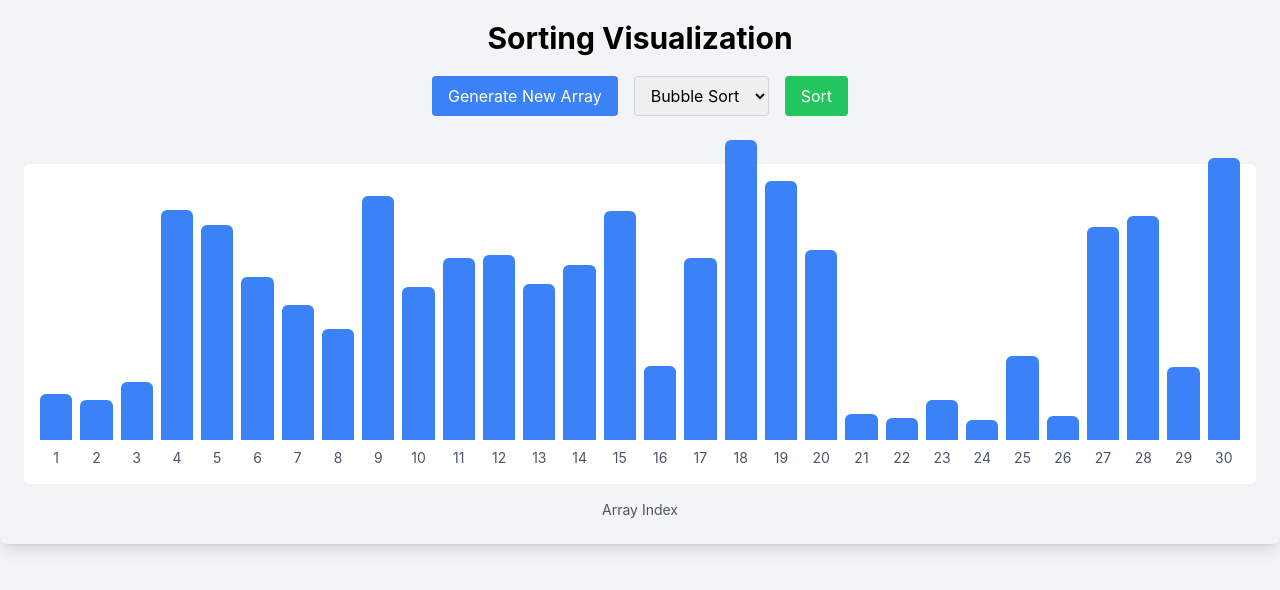
Repository: Tarunkasliwal/sortingvisualizer
Page: /
These files come from the project's save history. The page is drawn as it stood at one moment and after the next save; the edit follows.
The browser window is 1280 px wide. The pictures show the whole page.
The project was rebuilt for these pictures with package versions that can differ from the ones it lists, and the page was loaded fresh each time.

Above is the page before, as saved 2024-12-22 16:29:43.

### src/index.js
import React from 'react';
import ReactDOM from 'react-dom/client';
// Import the Tailwind-enabled CSS file
import './index.css';
import App from './App';

const root = ReactDOM.createRoot(document.getElementById('root'));
root.render(
  <React.StrictMode>
    <App />
  </React.StrictMode>
);

### src/App.js
import React from 'react';
import Visualization from './components/Visualization';

function App() {
  return (
    <div className="text-center min-h-screen bg-gray-100">
      <h1 className="text-3xl font-bold py-5">Sorting Visualization</h1>
      <Visualization />
    </div>
  );
}

export default App;

### src/components/Visualization.js
import React, { useState, useEffect } from 'react';
import Header from './Header';
import ArrayBarContainer from './ArrayBarContainer';

// Import default exports from each algorithm
import bubbleSort from '../algorithms/bubbleSort.js';
import mergeSort from '../algorithms/mergeSort';
import quickSort from '../algorithms/quickSort';
import heapSort from '../algorithms/heapSort';

function Visualization() {
  const [array, setArray] = useState([]);
  const [algorithm, setAlgorithm] = useState('bubble');
  const [isSorting, setIsSorting] = useState(false);

  // Generate an initial array on mount
  useEffect(() => {
    generateNewArray();
  }, []);

  // Generate a new random array
  function generateNewArray() {
    if (isSorting) return; // Guard: do not allow new array during sorting

    const newArr = [];
    for (let i = 0; i < 30; i++) {
      newArr.push(randomIntFromInterval(5, 300));
    }
    setArray(newArr);
  }

  function sort() {
    if (isSorting) return; // Guard: do not sort if already sorting
    setIsSorting(true);

    let animations = [];
    switch (algorithm) {
      case 'bubble':
        animations = bubbleSort(array);
        break;
      case 'merge':
        animations = mergeSort(array);
        break;
      case 'quick':
        animations = quickSort(array);
        break;
      case 'heap':
        animations = heapSort(array);
        break;
      default:
        break;
    }
    animateSorting(animations);
  }

  // Animate the sorting steps
  function animateSorting(animations) {
    const arrayBars = document.getElementsByClassName('array-bar');
    if (!arrayBars.length) return; // Guard: no bars?

    // We'll go through each animation, scheduling with setTimeout
    for (let i = 0; i < animations.length; i++) {
      const animation = animations[i];

      setTimeout(() => {
        if (animation.type === 'compare') {
          // Destructure indices
          const [barOneIdx, barTwoIdx] = animation.indices;

          // Guard checks to ensure these bars exist
          if (
            !arrayBars[barOneIdx] ||
            !arrayBars[barTwoIdx]
          ) {
            return;
          }

          // Highlight bars
          arrayBars[barOneIdx].style.backgroundColor = 'red';
          arrayBars[barTwoIdx].style.backgroundColor = 'red';

          // Revert color after a short delay
          setTimeout(() => {
            if (arrayBars[barOneIdx]) {
              arrayBars[barOneIdx].style.backgroundColor = 'teal';
            }
            if (arrayBars[barTwoIdx]) {
              arrayBars[barTwoIdx].style.backgroundColor = 'teal';
            }
          }, 100);
        }
        else if (animation.type === 'swap') {
          const [barOneIdx, barTwoIdx] = animation.indices;
          const [newHeight1, newHeight2] = animation.values;

          // Guard checks
          if (!arrayBars[barOneIdx] || !arrayBars[barTwoIdx]) {
            return;
          }

          arrayBars[barOneIdx].style.height = `${newHeight1}px`;
          arrayBars[barTwoIdx].style.height = `${newHeight2}px`;
        }
        else if (animation.type === 'overwrite') {
          // Merge sort uses "overwrite"
          const { index, value } = animation;

          if (!arrayBars[index]) {
            return;
          }

          arrayBars[index].style.height = `${value}px`;
        }

        // If we’re on the last animation, re-enable buttons
        if (i === animations.length - 1) {
          setTimeout(() => {
            setIsSorting(false);
          }, 200);
        }
      }, i * 40);
    }
  }

  // Utility
  function randomIntFromInterval(min, max) {
    return Math.floor(Math.random() * (max - min + 1) + min);
  }

  return (
    <div>
      <Header
        onGenerateArray={generateNewArray}
        onSort={sort}
        onAlgorithmChange={setAlgorithm}
        algorithm={algorithm}
        isSorting={isSorting}
      />
      <ArrayBarContainer array={array} />
    </div>
  );
}

export default Visualization;

### src/components/Header.js
import React from 'react';

function Header({
  onGenerateArray,
  onSort,
  onAlgorithmChange,
  algorithm,
  isSorting
}) {
  return (
    <div className="flex flex-col md:flex-row justify-center items-center gap-4 mb-6">
      <button
        onClick={onGenerateArray}
        disabled={isSorting}
        className={`px-4 py-2 rounded ${
          isSorting
            ? 'bg-blue-300 cursor-not-allowed'
            : 'bg-blue-500 hover:bg-blue-600'
        } text-white transition`}
      >
        Generate New Array
      </button>

      <select
        value={algorithm}
        onChange={(e) => onAlgorithmChange(e.target.value)}
        disabled={isSorting}
        className="px-3 py-2 border border-gray-300 rounded"
      >
        <option value="bubble">Bubble Sort</option>
        <option value="merge">Merge Sort</option>
        <option value="quick">Quick Sort</option>
        <option value="heap">Heap Sort</option>
      </select>

      <button
        onClick={onSort}
        disabled={isSorting}
        className={`px-4 py-2 rounded ${
          isSorting
            ? 'bg-green-300 cursor-not-allowed'
            : 'bg-green-500 hover:bg-green-600'
        } text-white transition`}
      >
        Sort
      </button>
    </div>
  );
}

export default Header;

### src/components/ArrayBarContainer.js
import React from 'react';

const ArrayBarContainer = ({
  array = [25, 50, 75, 100, 125, 150, 175, 200], // Default values
  baseColor = "bg-blue-500",
  hoverColor = "bg-blue-600",
  minHeight = 20,
  maxHeight = 300,
}) => {
  // Normalize the array values to fit within the specified height range
  const normalizeValue = (value) => {
    const max = Math.max(...array);
    const min = Math.min(...array);
    return ((value - min) / (max - min)) * (maxHeight - minHeight) + minHeight;
  };

  return (
    <div className="w-full p-6 bg-gray-100 rounded-lg shadow-lg">
      <div className="flex items-end justify-center gap-2 h-80 bg-white p-4 rounded-md">
        {array.map((value, idx) => (
          <div
            key={idx}
            className="group relative flex-1"
          >
            <div
              className={`${baseColor} hover:${hoverColor} transition-all duration-300 rounded-t-md cursor-pointer relative`}
              style={{
                height: `${normalizeValue(value)}px`,
              }}
            >
              {/* Tooltip */}
              <div className="opacity-0 group-hover:opacity-100 absolute -top-10 left-1/2 -translate-x-1/2 bg-gray-800 text-white px-2 py-1 rounded text-sm whitespace-nowrap transition-opacity duration-200">
                Value: {value}
              </div>
            </div>
            {/* Bar label */}
            <div className="text-center text-sm text-gray-600 mt-2">
              {idx + 1}
            </div>
          </div>
        ))}
      </div>

      {/* Legend */}
      <div className="mt-4 text-center text-sm text-gray-600">
        Array Index
      </div>
    </div>
  );
};

export default ArrayBarContainer;

### src/algorithms/bubbleSort.js
export default function bubbleSort(array) {
    const animations = [];
    let arr = array.slice();
    let n = arr.length;
    let swapped;

    for (let i = 0; i < n - 1; i++) {
      swapped = false;
      for (let j = 0; j < n - i - 1; j++) {
        // Compare
        animations.push({ type: 'compare', indices: [j, j + 1] });

        if (arr[j] > arr[j + 1]) {
          // Swap
          [arr[j], arr[j + 1]] = [arr[j + 1], arr[j]];
          animations.push({
            type: 'swap',
            indices: [j, j + 1],
            values: [arr[j], arr[j + 1]],
          });
          swapped = true;
        }
      }
      if (!swapped) break; // Optimization
    }
    return animations;
  }

### src/algorithms/mergeSort.js
export default function mergeSort(array) {
    const animations = [];
    const auxArray = array.slice();

    mergeSortHelper(array, 0, array.length - 1, auxArray, animations);
    return animations;
  }

  function mergeSortHelper(mainArray, startIdx, endIdx, auxArray, animations) {
    if (startIdx >= endIdx) return;
    const midIdx = Math.floor((startIdx + endIdx) / 2);
    mergeSortHelper(auxArray, startIdx, midIdx, mainArray, animations);
    mergeSortHelper(auxArray, midIdx + 1, endIdx, mainArray, animations);
    doMerge(mainArray, startIdx, midIdx, endIdx, auxArray, animations);
  }

  function doMerge(mainArray, startIdx, midIdx, endIdx, auxArray, animations) {
    let k = startIdx;
    let i = startIdx;
    let j = midIdx + 1;

    while (i <= midIdx && j <= endIdx) {
      // Compare
      animations.push({ type: 'compare', indices: [i, j] });
      if (auxArray[i] <= auxArray[j]) {
        // Overwrite
        animations.push({
          type: 'overwrite',
          index: k,
          value: auxArray[i],
        });
        mainArray[k++] = auxArray[i++];
      } else {
        animations.push({
          type: 'overwrite',
          index: k,
          value: auxArray[j],
        });
        mainArray[k++] = auxArray[j++];
      }
    }

    // Copy remaining left side
    while (i <= midIdx) {
      animations.push({ type: 'compare', indices: [i, i] });
      animations.push({ type: 'overwrite', index: k, value: auxArray[i] });
      mainArray[k++] = auxArray[i++];
    }

    // Copy remaining right side
    while (j <= endIdx) {
      animations.push({ type: 'compare', indices: [j, j] });
      animations.push({ type: 'overwrite', index: k, value: auxArray[j] });
      mainArray[k++] = auxArray[j++];
    }
  }

### src/algorithms/quickSort.js
export default function quickSort(array) {
    const animations = [];
    let arr = array.slice();
    quickSortHelper(arr, 0, arr.length - 1, animations);
    return animations;
  }

  function quickSortHelper(arr, left, right, animations) {
    if (left < right) {
      const pivotIndex = partition(arr, left, right, animations);
      quickSortHelper(arr, left, pivotIndex - 1, animations);
      quickSortHelper(arr, pivotIndex + 1, right, animations);
    }
  }

  function partition(arr, left, right, animations) {
    let pivot = arr[right];
    let i = left - 1;

    for (let j = left; j < right; j++) {
      // Compare
      animations.push({ type: 'compare', indices: [j, right] });
      if (arr[j] < pivot) {
        i++;
        [arr[i], arr[j]] = [arr[j], arr[i]];
        // Swap
        animations.push({
          type: 'swap',
          indices: [i, j],
          values: [arr[i], arr[j]],
        });
      }
    }

    // Final pivot swap
    [arr[i + 1], arr[right]] = [arr[right], arr[i + 1]];
    animations.push({
      type: 'swap',
      indices: [i + 1, right],
      values: [arr[i + 1], arr[right]],
    });

    return i + 1;
  }

### src/algorithms/heapSort.js
export default function heapSort(array) {
    const animations = [];
    let arr = array.slice();
    let n = arr.length;

    // Build max heap
    for (let i = Math.floor(n / 2) - 1; i >= 0; i--) {
      heapify(arr, n, i, animations);
    }

    // Extract elements from heap
    for (let i = n - 1; i > 0; i--) {
      // Swap root with end
      animations.push({
        type: 'swap',
        indices: [0, i],
        values: [arr[i], arr[0]],
      });
      [arr[0], arr[i]] = [arr[i], arr[0]];
      heapify(arr, i, 0, animations);
    }

    return animations;
  }

  function heapify(arr, n, i, animations) {
    let largest = i;
    let left = 2 * i + 1;
    let right = 2 * i + 2;

    // Compare left child
    if (left < n) {
      animations.push({ type: 'compare', indices: [left, largest] });
      if (arr[left] > arr[largest]) {
        largest = left;
      }
    }
    // Compare right child
    if (right < n) {
      animations.push({ type: 'compare', indices: [right, largest] });
      if (arr[right] > arr[largest]) {
        largest = right;
      }
    }

    if (largest !== i) {
      animations.push({
        type: 'swap',
        indices: [i, largest],
        values: [arr[largest], arr[i]],
      });
      [arr[i], arr[largest]] = [arr[largest], arr[i]];
      heapify(arr, n, largest, animations);
    }
  }

### tailwind.config.js
/** @type {import('tailwindcss').Config} */
module.exports = {
  content: [
    "./src/**/*.{js,jsx,ts,tsx}",  // ensure all these file types are scanned
  ],
  theme: {
    extend: {},
  },
  plugins: [],
}

Loaded but not shown: public/index.html (common file); src/index.css (common file)

After the next save:
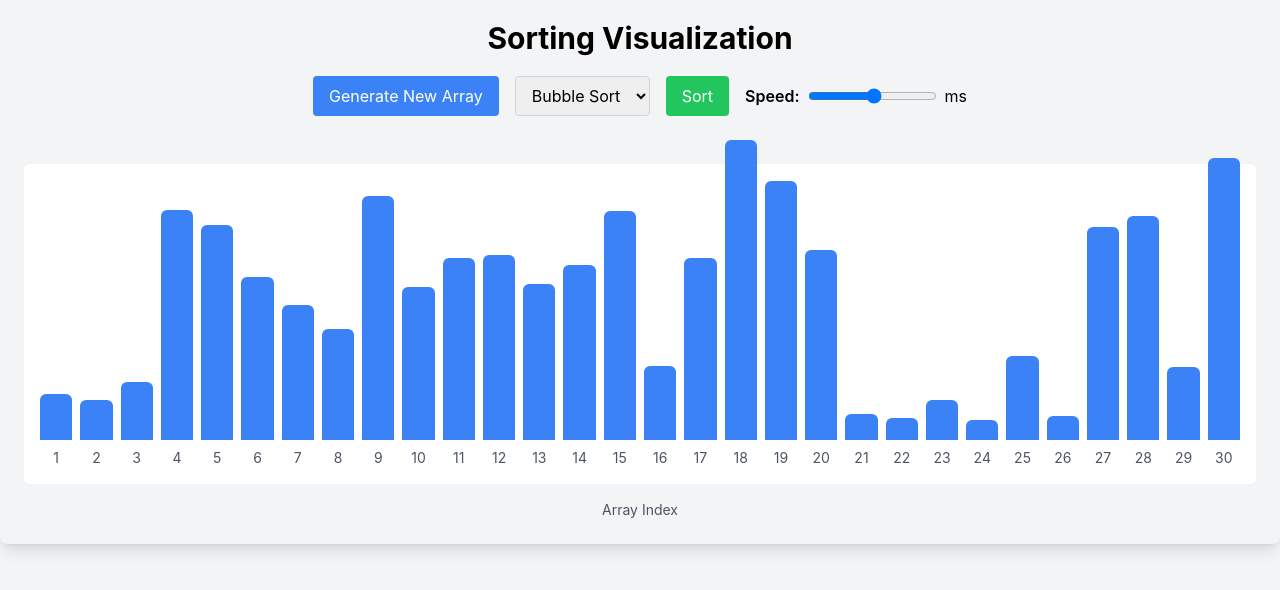
Saved 8 min 15 s later.
--- a/src/components/Header.js
+++ b/src/components/Header.js
@@ -5,10 +5,13 @@ function Header({
   onSort,
   onAlgorithmChange,
   algorithm,
-  isSorting
+  isSorting,
+  animationSpeed,
+  setAnimationSpeed,
 }) {
   return (
-    <div className="flex flex-col md:flex-row justify-center items-center gap-4 mb-6">
+    <div className="flex flex-col md:flex-row items-center justify-center gap-4 mb-6">
+      {/* Generate button */}
       <button
         onClick={onGenerateArray}
         disabled={isSorting}
@@ -21,6 +24,7 @@ function Header({
         Generate New Array
       </button>
 
+      {/* Algorithm dropdown */}
       <select
         value={algorithm}
         onChange={(e) => onAlgorithmChange(e.target.value)}
@@ -33,6 +37,7 @@ function Header({
         <option value="heap">Heap Sort</option>
       </select>
 
+      {/* Sort button */}
       <button
         onClick={onSort}
         disabled={isSorting}
@@ -44,6 +49,22 @@ function Header({
       >
         Sort
       </button>
+
+      {/* Speed slider */}
+      <div className="flex items-center space-x-2">
+        <label className="font-semibold">Speed:</label>
+        <input
+          type="range"
+          min="10"
+          max="300"
+          step="10"
+          value={animationSpeed}
+          onChange={(e) => setAnimationSpeed(Number(e.target.value))}
+          disabled={isSorting}
+          className="cursor-pointer"
+        />
+        <span>{animationSpeed} ms</span>
+      </div>
     </div>
   );
 }
